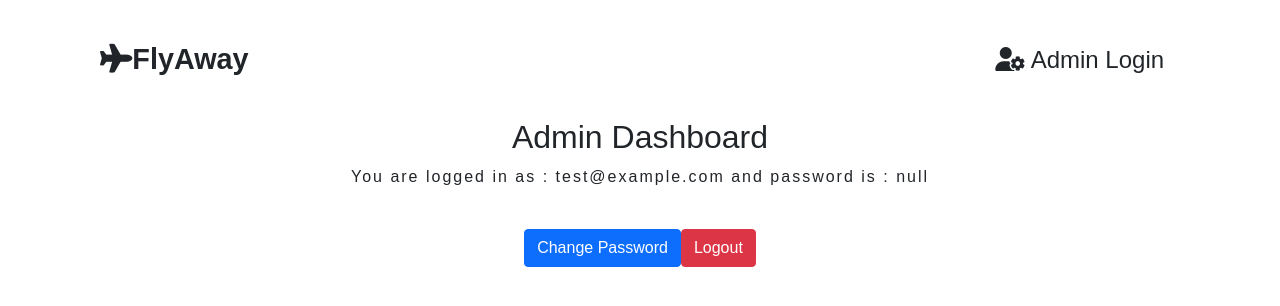
Repository: Niks4u2/FlyAway
Page: http://localhost/flyaway/dashboard.jsp
An editor plug-in stored every save of this project. The page is shown before and after the next save, followed by the edit.
The browser window is 1280 px wide. The pictures show the whole page.
Some web fonts or font styles are not loaded; a fallback is used. Some web libraries are served in a nearby version. The page is served by Tomcat 10. The session is filled in as if someone had signed in: {"email": "test@example.com"}.

Above is the page before, as saved 2021-09-26 07:35:54.

After the next save:
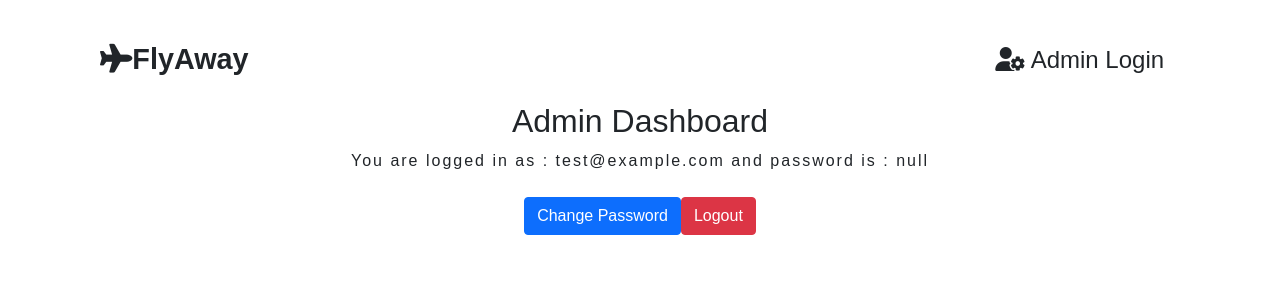
Saved 10 s later.
--- a/Source Code/flyaway/src/main/webapp/dashboard.jsp
+++ b/Source Code/flyaway/src/main/webapp/dashboard.jsp
@@ -62,7 +62,7 @@
 		response.sendRedirect("login.jsp");
 	%>
     <div class="container-fluid banner justify-content-center align-items-center">
-        <div class="row g-4">
+        <div class="row g-2">
             <div class="col-md-12">
                 <nav class="navbar navbar-md">
                     <div class="navbar-brand text-dark"><i class="fas fa-plane"></i>FlyAway</div>
